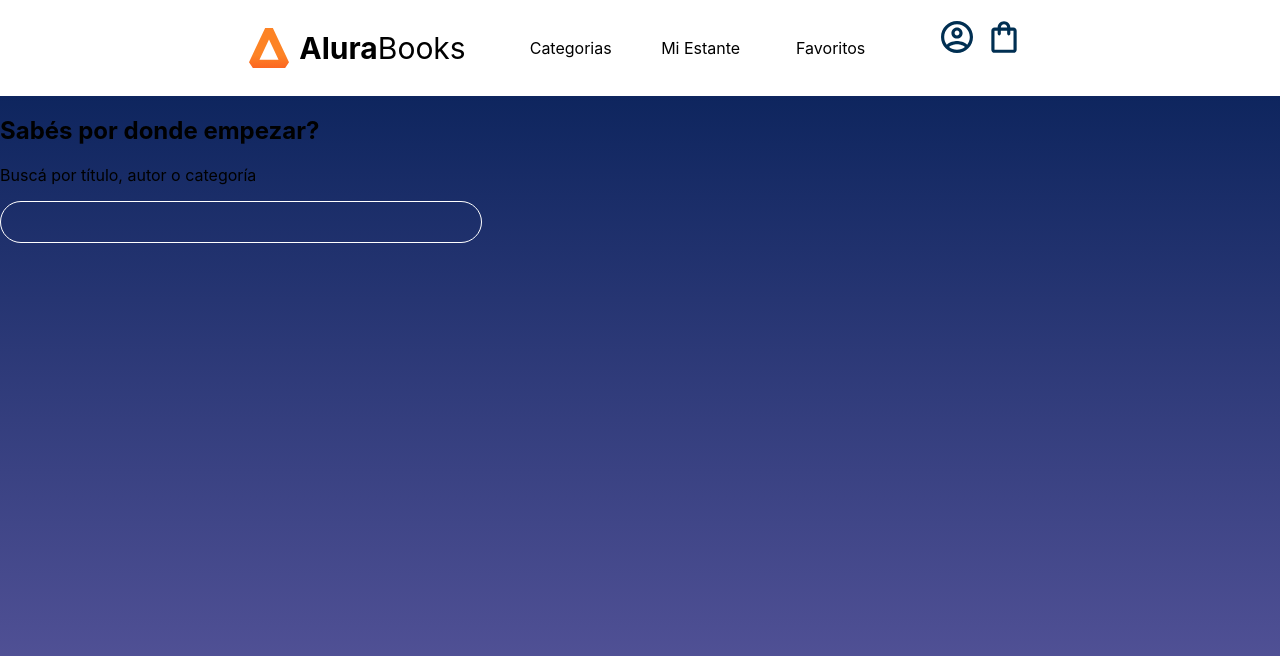
Repository: SandroG1977/Alura.Books
Page: /
An editor plug-in stored every save of this project. The page is shown before and after the next save, followed by the edit.
The browser window is 1280 px wide. The pictures show the whole page.
The project was rebuilt for these pictures with package versions that can differ from the ones it lists, and the page was loaded fresh each time.

Above is the page before, as saved 2026-04-08 23:42:15.

After the next save:
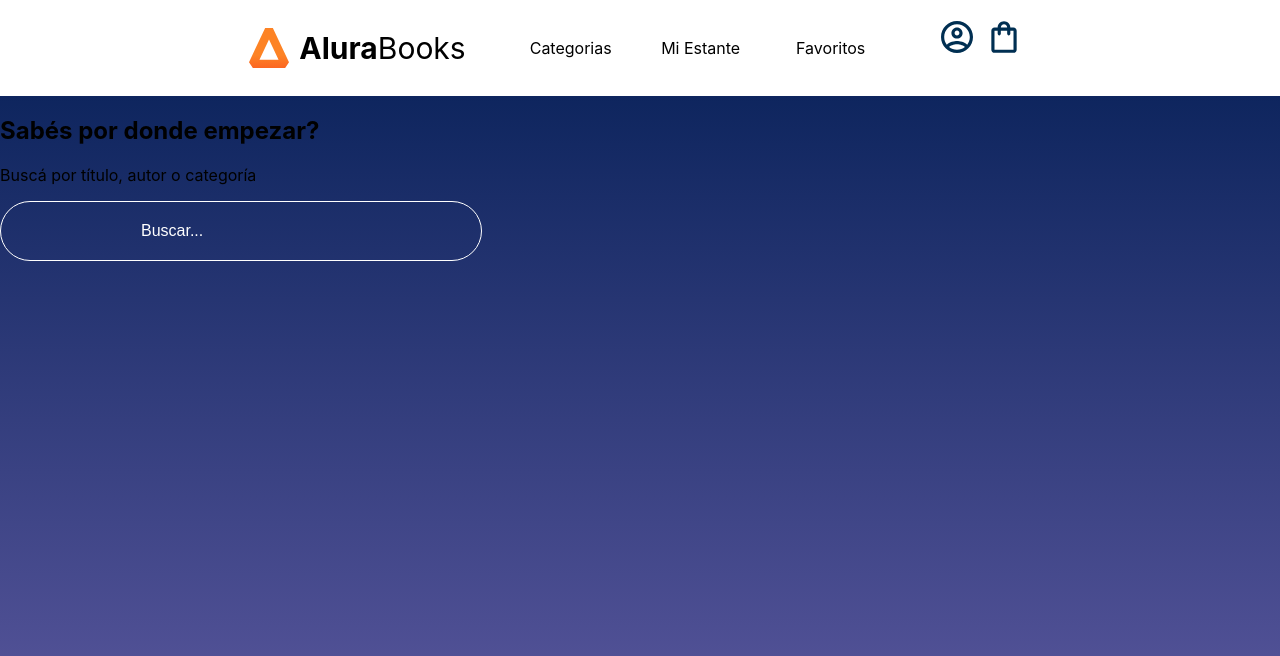
Saved 2 min 28 s later.
--- a/src/components/Input/index.js
+++ b/src/components/Input/index.js
@@ -1,6 +1,6 @@
 import syled from 'styled-components';
 
-const Input = syled.div`
+const Input = syled.input`
     border: 1px solid #FFF;
     background: transparent;
     border: 1px solid #FFF;
